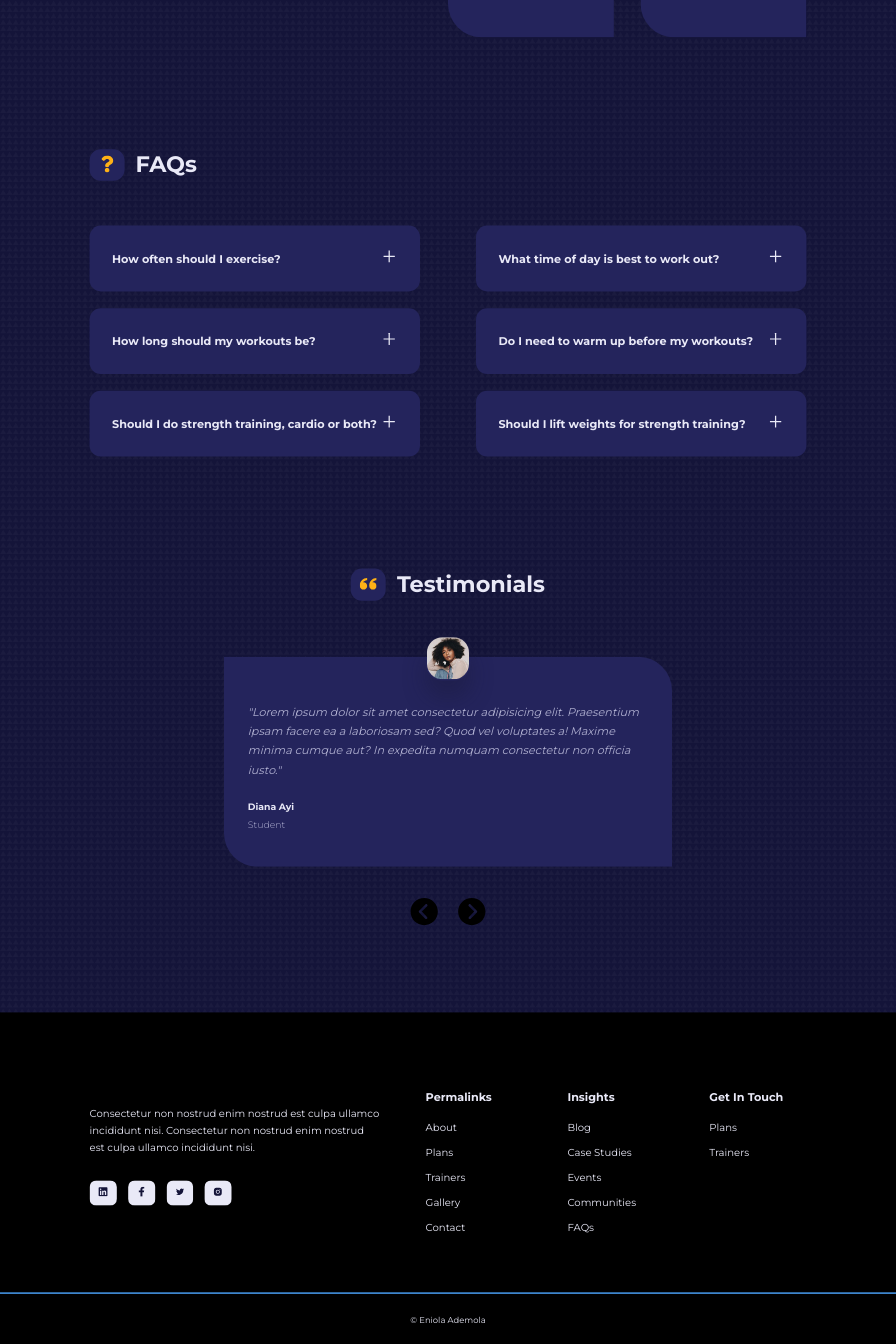
Repository: aryaMode/gym-portfolio
Page: /
These files come from the project's save history. The page is drawn as it stood at one moment and after a run of saves; the edit follows.
The browser window is 1280 px wide. The pictures show the part of the page from y = 2026 to 3946 px (the page is 3946 px tall), at 70% of full size.
The project was rebuilt for these pictures with package versions that can differ from the ones it lists, and the page was loaded fresh each time. Also part of the build but not shown: src/pages/about/about.css, src/components/Header.jsx, src/pages/about/About.jsx, src/pages/contact/contact.css, src/pages/contact/Contact.jsx, src/pages/gallery/gallery.css, src/pages/gallery/Gallery.jsx, src/pages/notFound/notFound.css and 6 more.

Above is the page before, as saved 2023-07-20 16:36:22.

### public/index.html
<!DOCTYPE html>
<html lang="en">

<head>
    <meta charset="UTF-8">
    <meta http-equiv="X-UA-Compatible" content="IE=edge">
    <meta name="viewport" content="width=device-width, initial-scale=1.0">
    <title>Portfolio Website</title>
    <!-- GOOGLE FONTS (montserrat) -->
    <link href="https://fonts.googleapis.com/css2?family=Montserrat:wght@300;400;500;600;700&display=swap"
        rel="stylesheet">
</head>

<body>
    <div id="root"></div>
</body>

</html>

### src/App.jsx
// rafce -> shortcut to create component and export
import { BrowserRouter, Routes, Route } from "react-router-dom";
import React from "react";
import Home from "./pages/home/Home";
import About from "./pages/about/About";
import Contact from "./pages/contact/Contact";
import Gallery from "./pages/gallery/Gallery";
import NotFound from "./pages/notFound/NotFound";
import Plans from "./pages/plans/Plans";
import Trainers from "./pages/trainers/Trainers";
import Navbar from "./components/Navbar";
import Footer from "./components/Footer";

const App = () => {
	return (
		<BrowserRouter>
			<Navbar />
			<Routes>
				<Route index element={<Home />} />
				<Route path="about" element={<About />} />
				<Route path="contact" element={<Contact />} />
				<Route path="gallery" element={<Gallery />} />
				<Route path="plans" element={<Plans />} />
				<Route path="trainers" element={<Trainers />} />
				<Route path="*" element={<NotFound />} />
			</Routes>
			<Footer />
		</BrowserRouter>
	);
};

export default App;

### src/index.css
 *, *::before, *::after{
    margin: 0;
    padding: 0;
    border: 0;
    outline: 0;
    list-style: none;
    text-decoration: none;
    box-sizing: border-box;
 }

 /* CSS Global variable starts with :root {...} check w3school docs for more  info */
 :root{
    --primary-hue: 210;
    --gray-hue: 240;
    /* hsl (hue, saturation, lightness) */
    --color-primary: black;
    --color-primary-variant: hsl(var(--primary-hue), 100%, 65%);
    --color-secondary: #ffb116;
    --color-gray-100: hsl(var(--gray-hue), 47%, 94%); /*almost white colour lightness is almost 100%*/
    --color-gray-200: hsl(var(--gray-hue), 26%, 75%);
    --color-gray-300: hsl(var(--gray-hue), 24%, 64%);
    --color-gray-400: hsl(var(--gray-hue), 16%, 41%);
    --color-gray-500: hsl(var(--gray-hue), 44%, 25%);
    --color-gray-600: hsl(var(--gray-hue), 48%, 15%);

    --container-width-lg: 80%;
    --container-width-md: 90%;

    --transition: all 500ms ease; /* make sure all transition have a constant effect*/
 }

  /******************** GENERAL STYLES ********************/
  body{
    font-family: "Montserrat", sans-serif;
    color: var(--color-gray-200);
    line-height: 1.7;
    overflow-x: hidden;
    background: var(--color-gray-600) url(./images/bg_texture.png);
  }

  .container{
    width: var(--container-width-lg);
    max-width: 1920px;
    margin-inline: auto;
  }

  h1, h2, h3, h4, h5 {
    line-height: 1.2;
    color: var(--color-gray-100);
  }

  h1 {
    font-size: 3rem;
  }

  h2 {
    font-size: 2rem ;
  }

  a {
    color: var(--color-gray-100);
  }

  img{
    display: block;
    object-fit: cover;
    width: 100%;
}

.btn {
    color: var(--color-gray-100);
    width: fit-content;
    margin: 0 auto;
    padding: 0.9rem 2rem;
    background: var(--color-primary);
    border-radius: 1.5rem;
    transition: var(--transition);
}

.btn:hover {
    background: var(--color-secondary);
    color: var(--color-gray-600);
}

.btn.lg {
    padding: 1.2rem 3rem;
    border-radius: 2rem;
    font-size: 1.1rem;
}

.btn.sm {
    padding: 0.4rem 1.2rem;
    font-size: 0.9rem;
}

.btn.sm:hover {
    background: var(--color-gray-100);
}

/******************** SECTION REUSABLE STYLES ********************/
section {
    margin-top: 10rem;
}

.section__head {
    display: flex;
    align-items: center;
    gap: 1rem;
}

.section__head span {
    background: var(--color-gray-500);
    padding: 0.3rem 0.8rem 0;
    border-radius: 1rem;
    color: var(--color-secondary);
    font-size: 1.5rem;
}

.card {
    background: var(--color-gray-500);
    border: 2px solid transparent;
    text-align: center;
    padding: 3rem 2rem;
    border-radius: 0 3rem 0 3rem;
    transition: var(--transition);
}

.card:hover {
    background: transparent;
    border-color: var(--color-gray-400);
    cursor: default;
}

.card span {
    width: 3rem;
    height: 3rem;
    background: var(--color-primary);
    color: var(--color-gray-100);
    font-size: 1.5rem;
    padding: 0.8rem;
    display: grid;
    place-items: center;
    margin-bottom: 1.5rem;
    margin-inline: auto;
    border-radius: 1rem;
    transition: var(--transition);
}

.card:hover span {
    background: var(--color-secondary);
    color: var(--color-gray-500)
}

.card small {
    margin-top: 1rem;
    display: block;
    font-weight: 300;
}

.header {
    margin-top: 5rem;
    height: 20rem;
    overflow: hidden;
    border-bottom: 2px solid var(--color-gray-400);
}

.header__container {
    width: 100%;
    height: 100%;
    position: relative;
    display: grid;
    place-items: center;
    background: #0000;
}

.header__container-lg {
    position: absolute;
    width: 100%;
}

.header__container-lg img {
    opacity: 0.5;
}

.header__content {
    position: relative;
    width: 44%;
    margin: 0 auto;
    text-align: center;
    color: var(--color-gray-100);
}

.header__content h2 {
    margin-bottom: 1rem;
}

.header__content p {
    color: rgba(255, 255, 255, 0.7, green, blue, alpha);
}






/******************** MEADIA QUERIES (medium screens) ********************/
@media screen and (max-width: 1024px) {
    .container {
        width: var(--container-width-md);
    }

    h1 {
        font-size: 2rem;
    }

    h2 {
        font-size: 1.6rem;
    }

    .header__content {
        width: 76%;
    }
}

/******************** MEADIA QUERIES (small screens) ********************/
@media screen and (max-width: 600px) {
    h1 {
        font-size: 2.2rem;
        line-height: 1.3;
    }

    section {
        margin-top: 7rem;
    }

    .header {
        height: fit-content;
    }

    .header__content {
        width: var(--container-width-md);
        padding: 3rem 0;
    }

    .header__content p {
        font-size: 0.85rem;
    }
}

### src/pages/home/Home.jsx
import React from "react";
import "./home.css";
import MainHeader from "../../components/MainHeader";
import Program from "../../components/Program";
import Values from "../../components/Values";
import FAQs from "../../components/FAQs";
import Testimonial from "../../components/Testimonial";
// import Footer from "../../components/Footer";

const Home = () => {
	return (
		<>
			<MainHeader />
			<Program />
			<Values />
			<FAQs />
			<Testimonial />
			{/* <Footer /> comment this out so footer wount be double */}
		</>
	);
};

export default Home;

### src/components/Navbar.jsx
import { useState } from "react";
import {logoName} from "../data";
import { Link, NavLink } from "react-router-dom";
// NavLink comes with an isactive prop which we can use to detect which page we on
// so we can have a special style for that link
import React from "react";
import Logo from "../images/logo.png";
import { links } from "../data";
import { GoThreeBars } from "react-icons/go";
import { MdOutlineClose } from "react-icons/md";
import "./navbar.css";

const Navbar = () => {
	const [isNavShowing, setIsNavShowing] = useState(false);

	const handleNavToggle = () => {
		return setIsNavShowing((prevVAlue) => {
			return !prevVAlue;
		});
	};

	return (
		<nav>
			<div className="container nav__container">
				<Link to="/" className="logo" onClick={handleNavToggle}>
					{/* <img src={Logo} alt="Nav-logo" /> */}
					<div>{logoName}</div>
				</Link>
				<ul
					className={`nav__links ${isNavShowing ? "show__nav" : "hide__nav"}`}
				>
					{/* Destructure the links array of object from the links to get each item */}
					{links.map(({ name, path }, index) => {
						return (
							<li key={index}>
								<NavLink
									to={path}
									className={({ isActive }) => (isActive ? "active-nav" : "")}
									onClick={handleNavToggle}
								>
									{name}
								</NavLink>
							</li>
						);
					})}
				</ul>
				<button onClick={handleNavToggle} className="nav__toggle-btn">
					{isNavShowing ? <MdOutlineClose /> : <GoThreeBars />}
				</button>
			</div>
		</nav>
	);
};

export default Navbar;

// export PATH=$PATH:/home/daveworld/bin

### src/components/Footer.jsx
import React from "react";
import { Link } from "react-router-dom";
import {logoName} from "../data";
import Logo from "../images/logo.png";
import { FaLinkedin } from "react-icons/fa";
import { FaFacebookF } from "react-icons/fa";
import { AiOutlineTwitter } from "react-icons/ai";
import { AiFillInstagram } from "react-icons/ai";

const Footer = () => {
	return (
		<footer>
			<div className="container footer__container">
				<article>
					<Link to="/" className="logo">
						{/* <img src={Logo} alt="Footer Logo" /> */}
						<h1></h1>
					</Link>
					<p>
						Consectetur non nostrud enim nostrud est culpa ullamco incididunt
						nisi. Consectetur non nostrud enim nostrud est culpa ullamco
						incididunt nisi.
					</p>
					<div className="footer__socials">
						<a
							href="https://www.linkedin.com/in/eniola-ademola-7386161a7/"
							target="_blank"
							rel="noreferrer noopener"
						>
							<FaLinkedin />
						</a>
						<a
							href="https://facebook.com/"
							target="_blank"
							rel="noreferrer noopener"
						>
							<FaFacebookF />
						</a>
						<a
							href="https://twitter.com/_daveworld"
							target="_blank"
							rel="noreferrer noopener"
						>
							<AiOutlineTwitter />
						</a>
						<a
							href="https://instagram.com/_daveworld"
							target="_blank"
							rel="noreferrer noopener"
						>
							<AiFillInstagram />
						</a>
					</div>
				</article>
				<article>
					<h4>Permalinks</h4>
					<Link to="/about">About</Link>
					<Link to="/plans">Plans</Link>
					<Link to="/trainers">Trainers</Link>
					<Link to="/gallery">Gallery</Link>
					<Link to="/contact">Contact</Link>
				</article>
				<article>
					<h4>Insights</h4>
					<Link to="/s">Blog</Link>
					<Link to="/s">Case Studies</Link>
					<Link to="/s">Events</Link>
					<Link to="/s">Communities</Link>
					<Link to="/constact">FAQs</Link>
				</article>
				<article>
					<h4>Get In Touch</h4>
					<Link to="/contact">Plans</Link>
					<Link to="/s">Trainers</Link>
				</article>
			</div>
			<div className="footer__copyright">
				<small> &copy; Eniola Ademola </small>
			</div>
		</footer>
	);
};

export default Footer;

### src/components/MainHeader.jsx
import React from "react";
import { Link } from "react-router-dom";
import Image from "../images/main_header.png";

const MainHeader = () => {
	return (
		<header className="main__header">
			<div className="container main__header-container">
				<div className="main__header-left">
					<h4>#100DaysOfWorkout</h4>
					<h1>Join The Legends of the Fitness World</h1>
					<p>
						Aute nisi adipisicing sunt adipisicing incididunt veniam fugiat
						labore eiusmod nisi quis ad nulla exercitation. Aute nisi
						adipisicing sunt adipisicing incididunt veniam fugiat labore eiusmod
						nisi quis ad nulla exercitation.
					</p>
					<Link to="/plans" className="btn lg">
						Get Started
					</Link>
				</div>
				<div className="main__header-right">
					<div className="main__header-circle"></div>
					<div className="main__header-image">
						<img src={Image} alt="MainHeaderImage" />
					</div>
				</div>
			</div>
		</header>
	);
};

export default MainHeader;

### src/components/Program.jsx
import React from "react";
import { FaCrown } from "react-icons/fa";
import SectionHead from "./SectionHead";
import { programs } from "../data";
import Card from "../UI/Card";
import { Link } from "react-router-dom";
import { AiFillCaretRight } from "react-icons/ai";

const Program = () => {
	return (
		<section className="programs">
			<div className="container programs container">
				<SectionHead icon={<FaCrown />} title="Programs" />

				<div className="program__wrapper">
					{programs.map(({ id, icon, title, info, path }) => {
						return (
							<Card className="programs__program" key={id}>
								<span>{icon}</span>
								<h4>{title}</h4>
								<small>{info}</small>
								<Link to={path} className="btn sm">
									Learn More <AiFillCaretRight />
								</Link>
							</Card>
						);
					})}
				</div>
			</div>
		</section>
	);
};

export default Program;

### src/components/Values.jsx
import React from "react";
import Image from "../images/values.jpg";
import SectionHead from "./SectionHead";
import { GiCutDiamond } from "react-icons/gi";
import { values } from "../data";
import Card from "../UI/Card";

const Values = () => {
	return (
		<section className="values">
			<div className="container values__container">
				<div className="values__left">
					<div className="values__image">
						<img src={Image} alt="values Image" />
					</div>
				</div>
				<div className="values__right">
					<SectionHead icon={<GiCutDiamond />} title="Values" />
					<p>
						anim et. Officia exercitation veniam consectetur ad labore pariatur
						aonsectetur ad labore pariatur.
					</p>
					<div className="values__wrapper">
						{values.map(({ id, icon, title, desc }) => {
							return (
								<Card className="values__value" key={id}>
									<span>{icon}</span>
									<h4>{title}</h4>
									<small>{desc}</small>
								</Card>
							);
						})}
					</div>
				</div>
			</div>
		</section>
	);
};

export default Values;

### src/components/FAQs.jsx
import React from "react";
import { FaQuestion } from "react-icons/fa";
import { faqs } from "../data";
import FAQ from "./FAQ";
import SectionHead from "./SectionHead";
const FAQs = () => {
	return (
		<section className="faqs">
			<div className="container faqs__container">
				<SectionHead icon={<FaQuestion />} title="FAQs" />
				<div className="faqs__wrapper">
					{faqs.map(({ id, question, answer }) => {
						return <FAQ key={id} question={question} answer={answer} />;
					})}
				</div>
			</div>
		</section>
	);
};

export default FAQs;

### src/components/Testimonial.jsx
import React, { useState } from "react";
import SectionHead from "./SectionHead";
import { ImQuotesLeft } from "react-icons/im";
import Card from "../UI/Card";
import {
	IoIosArrowDropleftCircle,
	IoIosArrowDroprightCircle,
} from "react-icons/io";
import { testimonials } from "../data";

const Testimonial = () => {
	const [index, setIndex] = useState(0);
	const { name, quote, job, avatar } = testimonials[index];

	const handlePreviousTestimonial = () => {
		setIndex((prevValue) => {
			return prevValue - 1;
		});
		if (index <= 0) {
			setIndex(testimonials.length - 1);
		}
	};
	const handleAfterTestimonial = () => {
		setIndex((prevValue) => {
			return prevValue + 1;
		});
		if (index >= testimonials.length - 1) {
			setIndex(0);
		}
	};

	return (
		<section className="testimonials">
			<div className="container testimonial__container">
				<SectionHead
					icon={<ImQuotesLeft />}
					title="Testimonials"
					className="testimonials__head"
				/>
				<Card className="testimonial">
					<div className="testimonial__avatar">
						<img src={avatar} alt={name} />
					</div>
					<p className="testimonial__quote">{`"${quote}"`}</p>
					<h5>{name}</h5>
					<small className="testimonial__title">{job}</small>
				</Card>
				<div className="testimonial__btn-container">
					<button
						className="testimonials__btn"
						onClick={handlePreviousTestimonial}
					>
						<IoIosArrowDropleftCircle />
					</button>
					<button
						className="testimonials__btn"
						onClick={handleAfterTestimonial}
					>
						<IoIosArrowDroprightCircle />
					</button>
				</div>
			</div>
		</section>
	);
};

export default Testimonial;

### src/UI/Card.jsx
import React from "react";

const Card = ({ className, children }) => {
	return <article className={`card ${className}`}>{children}</article>;
};

export default Card;

### src/components/navbar.css
nav{
    height: 5rem;
    width: 100vw; /*100% of the window/browser*/
    background: var(--color-primary);
    display: grid;
    place-items: center;
    position: fixed; /*commnt this to see hiden layers*/
    top: 0;
    left: 0;
    z-index: 99; /* makes sure it sit on all items*/
}

/* Only show on medium and small screens */
.nav__toggle-btn {
    display: none;
}

.nav__container {
    height: 100%;

    display: flex;
    justify-content: space-between;
    align-items: center;
    position: relative;
}

.logo{
    width: 50vw;
    font-size: 1rem;
    font-weight: bold;
    margin-right: 50px;
    display: flex;
}

.nav__links{
    display: flex;
    gap: 3.5rem;
    align-items: center;
}

.nav__links a {
    transition: var(--transition);
}

.nav__links a:hover {
    color: var(--color-secondary);
}

.active-nav {
    position: relative;
}

.active-nav::after{
    content: "";
    display: block;
    width: 1.2rem;
    height: 1.2rem;
    background-color: var(--color-primary);
    position: absolute;
    left: calc(50% - 0.6rem);
    transform: rotate(45deg);
    margin-top: 0.9rem;
}

 /******************** MEDIA QUERIES (mesium and small screens) ********************/
 @media screen and (max-width: 1024px) {
    .nav__toggle-btn {
        display: inline-block;
        background: transparent;
        font-size: 1.8rem;
        cursor: pointer;
    }

    .nav__toggle-btn svg{
        color: var(--color-gray-100);
    }

    .nav__links {
        position: absolute;
        top: 100%;
        right: 0;
        flex-direction: column;
        gap: 0;
        perspective: 400px;
    }

    .active-nav {
        display: none;
    }

    .active-nav, .active-nav::after{
        display: none;
    }

    .nav__links li {
        height: 4rem;
        width: 100%;
        box-shadow: -2rem 2rem 5rem rgba(0, 0, 0, 0.5);
        animation: navAnimation 600ms ease forwards;
        transform: rotateX(90deg);
        opacity: 0;
        transform-origin: top;
    }

    .nav__links li:nth-child(2) {
        animation-delay: 200ms;
    }
    .nav__links li:nth-child(3) {
        animation-delay: 400ms;
    }
    .nav__links li:nth-child(4) {
        animation-delay: 600ms;
    }
    .nav__links li:nth-child(5) {
        animation-delay: 800ms;
    }
    .nav__links li:nth-child(6) {
        animation-delay: 1s;
    }
    .nav__links li:nth-child(7) {
        animation-delay: 1.2s;
    }

    @keyframes navAnimation {
        to {
            transform: rotateX(0);
            opacity: 1;
        }
    }

    .nav__links li a {
        background-color: var(--color-primary);
        height: 100%;
        width: 100%;
        display: flex;
        align-items: center;
        padding: 1rem 5rem 1rem 3rem;
    }

    .show__nav {
        display: flex;
    }

    .hide__nav {
        display: none;
    }

 }

### src/components/SectionHead.jsx
import React from "react";

// A reuseable component for each section name
const SectionHead = ({ icon, title, className }) => {
	return (
		<div className={`section__head ${className}`}>
			<span>{icon}</span>
			<h2>{title}</h2>
		</div>
	);
};

export default SectionHead;

### src/components/FAQ.jsx
import React, { useState } from "react";
import { AiOutlinePlus } from "react-icons/ai";
import { AiOutlineMinus } from "react-icons/ai";

const FAQ = ({ question, answer }) => {
	const [isAnswerShowing, setIsAnswerShowing] = useState(false);

	const handleFAQ = () => {
		return setIsAnswerShowing((prevValue) => {
			return !prevValue;
		});
	};

	return (
		<article className="faq" onClick={handleFAQ}>
			<div>
				<h4>{question}</h4>
				<button className="faq__icon">
					{isAnswerShowing ? <AiOutlineMinus /> : <AiOutlinePlus />}
				</button>
			</div>
			{isAnswerShowing && <p>{answer}</p>}
		</article>
	);
};

export default FAQ;

Loaded but not shown: src/index.js (common file); src/data.js (320 lines, source omitted); src/pages/home/home.css (412 lines, source omitted)

After the next 4 saves:
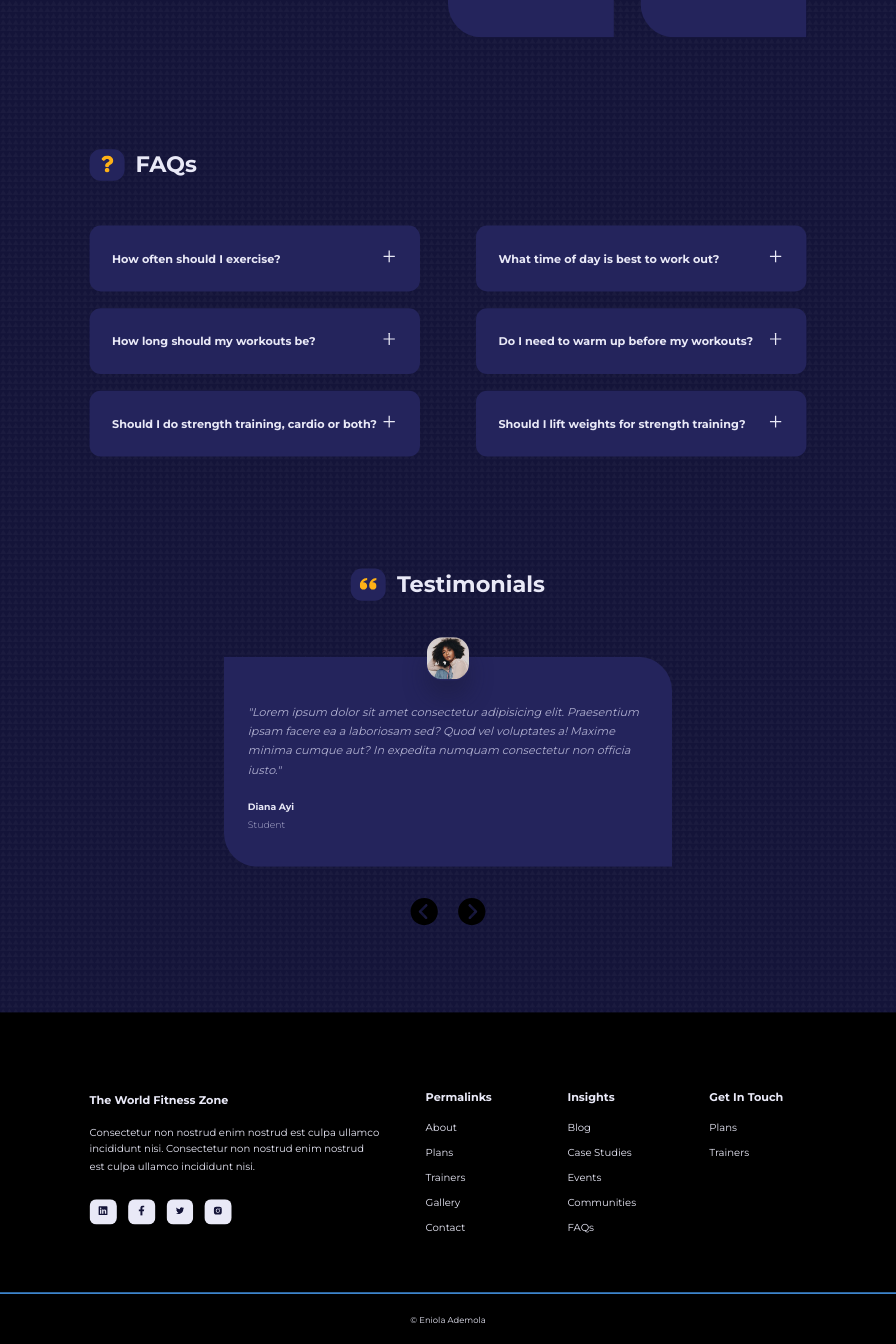
The 4 saves are shown as one change because they came seconds apart.
The last was saved 17 s later.
--- a/src/components/Footer.jsx
+++ b/src/components/Footer.jsx
@@ -14,7 +14,7 @@ const Footer = () => {
 				<article>
 					<Link to="/" className="logo">
 						{/* <img src={Logo} alt="Footer Logo" /> */}
-						<h1></h1>
+						<div>{logoName}</div>
 					</Link>
 					<p>
 						Consectetur non nostrud enim nostrud est culpa ullamco incididunt
